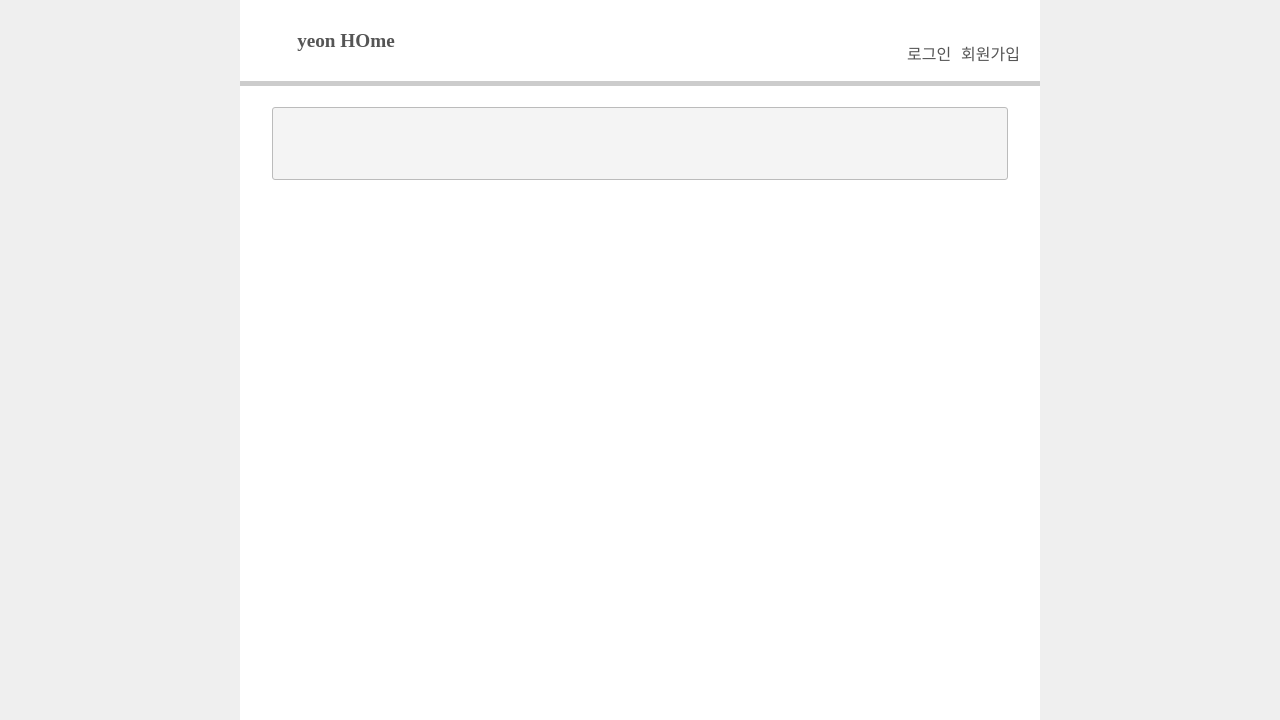
Repository: yeonhwa323/webPro
Page: webPro/src/main/webapp/javascript/days08/ex03.html
The author's editor kept a copy of each file at every save. The page is drawn from the files as they stood at one save, then again after the next save.
The browser window is 1280 px wide. The pictures show the whole page.
Some web fonts or font styles are not loaded; a fallback is used.

Above is the page before, as saved 2024-04-16 01:08:12.

### webPro/src/main/webapp/javascript/days08/ex03.html
<!DOCTYPE html>
<html>
<head>
<meta charset="UTF-8">
<meta name="viewport" content="width=device-width, initial-scale=1.0">
<title>Insert title here</title>
<link rel="shortcut icon" type="image/x-icon" href="http://localhost/webPro/images/SiSt.ico">
<script src="https://ajax.googleapis.com/ajax/libs/jquery/3.7.1/jquery.min.js"></script>
<link rel="stylesheet" href="http://localhost/webPro/resources/cdn-main/example.css">
<script src="http://localhost/webPro/resources/cdn-main/example.js"></script>
<style>
 span.material-symbols-outlined{
   vertical-align: text-bottom;
 }
</style>
</head>
<body>
<header>
  <h1 class="main"><a href="#" style="position: absolute;top:30px;">yeon HOme</a></h1>
  <ul>
    <li><a href="#">로그인</a></li>
    <li><a href="#">회원가입</a></li>
  </ul>
</header>
<div>
  <xmp class="code">

  </xmp>
</div>
</body>
</html>

### webPro/src/main/webapp/resources/cdn-main/example.css
@charset "UTF-8";

@import url('https://fonts.googleapis.com/css2?family=Material+Symbols+Outlined:opsz,wght,FILL,GRAD@20..48,100..700,0..1,-50..200');

@font-face {
    font-family: 'GmarketSansMedium';
    src: url('https://cdn.jsdelivr.net/gh/projectnoonnu/noonfonts_2001@1.1/GmarketSansMedium.woff') format('woff');
    font-weight: normal;
    font-style: normal;
}

:root {
	--text-color: #555;
	--sub-text-color: #777;
	--back-color: #EFEFEF;
	--header-color: #444;
	--primary-color: #DEDEDE;
	--secondary-color: #EFEFEF;
	--default-width: 800px;
	--narrow-width: 500px;
	--wide-width: 1200px;
	--text-font: 'GmarketSansMedium';
	--icon-font: 'Material Symbols Outlined';
	--border-color: #CCC;
}

html, body {
	margin: 0;
	padding: 0;
}

html {
	background-color: var(--back-color);
	display: flex;
	justify-content: center;
	min-height: 100vh;
}

body, body.default {
	width: var(--default-width);
	background-color: white;
	padding-bottom: 120px;
}

body.wide {
	width: var(--wide-width);
}

body.narrow {
	width: var(--narrow-width);
}



body, p, div, span, a, input, select, option, textarea, button, table, th, td, label, fieldset, legend {
	font-family: var(--text-font);
	color: var(--text-color);
}

h1, h2, h3 {
	font-family: var(--text-font);
	color: var(--header-color);
	padding: 0 1rem;
	padding-top: .5rem;
}

div > h1, div > h2, div > h3 {
	padding: 0;
}

body > div, body > main > div {
	padding: 0.3rem 1rem;
}


h1 { font-size: 2rem; border-bottom: 1px solid var(--border-color); }
h1 small { font-size: 1.2rem; color: var(--sub-text-color); }
h2 { font-size: 1.5rem; border-bottom: 1px dashed var(--border-color); }
h2 small { font-size: 1.1rem; color: --sub-text-color; }
h3 { font-size: 1.2rem; }
h3 small { font-size: 1rem; color: --sub-text-color; }



h1.main::before {
	font-family: var(--icon-font);
  	content: '\e666';
  	margin-right: 10px;
  	float: left;
	font-size: 2.5rem;
}

h1.sub::before {
	font-family: var(--icon-font);
  	content: '\ea19';
  	margin-right: 10px;
  	float: left;
	font-size: 2.5rem;
}


h1.page::before {
	font-family: var(--icon-font);
  	content: '\e0e0';
  	margin-right: 10px;
  	float: left;
	font-size: 2.5rem;
}

body > header > ul > li > .active{
	background-color: #FFF;
	color:#F00;
}

body > header {
	display: flex;
	justify-content: space-between;
	border-bottom: 5px solid var(--border-color);
	min-height: 74px;
	background-color: #FFF;
}

body > header.sticky {
	position: sticky;
	top: 0;
	z-index: 98;
}

body > header > h1 {
	font-size: 1.2rem;
	border: 0;
}

body > header.in > h1::before {
	font-family: var(--icon-font);
  	content: '\e332‥';
  	margin-right: 3px;
  	float: left;
	font-size: 2rem;
}


body > header > ul {
	list-style-type: none;
	display: flex;
	align-items: flex-end;
	margin-right: 10px;
}

body > header > ul > li {
	margin-right: 10px;
	cursor: pointer;
}

body > header > ul > li > a {
	cursor: pointer;
}


form {
	display: block;
}

form > div {
	padding: 0.3rem 1rem;
}

div > form > div {
	padding: 0.3rem 0;
}

input, textarea, button, select {
	border: 1px solid #BBB;
	border-radius: 3px;
	outline: none;
	resize: none;
	padding: 7px;
	margin: 0;
}

input[type=text]:read-only, textarea:read-only {
	cursor: not-allowed;
	background-color: #FFF;
}

input[type=text]:disabled, textarea:disabled {
	cursor: not-allowed;
	background-color: #EEE;
}

input[type=text], input[type=password], textarea, button, select {
	/* width: 300px; */
}

textarea {
	display: block;
	height: 100px;
}

input[type=button], input[type=submit], button {
	/* width: inherit; */
}

input.short, textarea.short, button.short, select.short {
	width: 100px;
}

input.long, textarea.long, button.long, select.long {
	width: 350px;
}

.narrow input.long, .narrow textarea.long, .narrow button.long, .narrow select.long {
	width: calc(100% - 20px);
}

input.full, textarea.full, button.full, select.full {
	width: calc(100% - 20px);
}

textarea.short {
	height: 50px;
}

textarea.long {
	height: 100px;
}

textarea.full {
	height: 200px;
}

input, textarea {
	padding-top: 8px;
}

input[type=button], input[type=submit], button {
	padding: 5px 10px;
	background-color: var(--secondary-color);
	cursor: pointer;
	min-height: 36px;
}

input[type=button].primary, input[type=submit].primary, button.primary {
	/* background-color: rgba(100, 149, 237, .2); */
	background-color: var(--primary-color);
}

input[type=button].primary:hover, input[type=submit].primary:hover, button.primary:hover {
	/* background-color: rgba(100, 149, 237, .3); */
	background-color: var(--secondary-color);
}

input[type=button]:hover, input[type=submit]:hover, button:hover {
	background-color: var(--primary-color);
}

button {
	position: relative;
	left: 0;
	top: 0;
	padding-left: 35px;
}

button .material-symbols-outlined {
	position: absolute;
	left: 10px;
	top: 4px;
}

/* k2nik add */
button.login::before {
	font-family: var(--icon-font);
  	content: '\ea77';
	position: absolute;
	left: 11px;
	top: 4px;
	font-size: 1.25rem;
}

/* k2nik logout */
button.logout::before {
	font-family: var(--icon-font);
  	content: '\e9ba';
	position: absolute;
	left: 11px;
	top: 4px;
	font-size: 1.25rem;
}

/* k2nik help */
button.help::before {
	font-family: var(--icon-font);
  	content: '\f1c0';
	position: absolute;
	left: 11px;
	top: 4px;
	font-size: 1.25rem;
}

button.add::before{
	font-family: var(--icon-font);
  	content: '\e746';
	position: absolute;
	left: 11px;
	top: 4px;
	font-size: 1.25rem;
}

button.back::before {
	font-family: var(--icon-font);
  	content: '\e166';
	position: absolute;
	left: 11px;
	top: 4px;
	font-size: 1.25rem;
}

button.list::before {
	font-family: var(--icon-font);
  	content: '\e0ee';
	position: absolute;
	left: 11px;
	top: 4px;
	font-size: 1.25rem;
}


button.del::before {
	font-family: var(--icon-font);
  	content: '\e872';
	position: absolute;
	left: 11px;
	top: 4px;
	font-size: 1.25rem;
}


button.edit::before {
	font-family: var(--icon-font);
  	content: '\e745';
	position: absolute;
	left: 11px;
	top: 4px;
	font-size: 1.25rem;
}


button.login::before {
	font-family: var(--icon-font);
  	content: '\ea77';
	position: absolute;
	left: 11px;
	top: 4px;
	font-size: 1.25rem;
}


button.logout::before {
	font-family: var(--icon-font);
  	content: '\e9ba';
	position: absolute;
	left: 11px;
	top: 4px;
	font-size: 1.25rem;
}


button.in::before {
	font-family: var(--icon-font);
  	content: '\f71a';
	position: absolute;
	left: 11px;
	top: 4px;
	font-size: 1.25rem;
}


button.out::before {
	font-family: var(--icon-font);
  	content: '\f70e';
	position: absolute;
	left: 11px;
	top: 4px;
	font-size: 1.25rem;
}


button.reply::before {
	font-family: var(--icon-font);
  	content: '\e15e';
	position: absolute;
	left: 11px;
	top: 4px;
	font-size: 1.25rem;
}


button.comment::before {
	font-family: var(--icon-font);
  	content: '\e0b9';
	position: absolute;
	left: 11px;
	top: 4px;
	font-size: 1.25rem;
}


button.modal::before {
	font-family: var(--icon-font);
  	content: '\e89e';
	position: absolute;
	left: 11px;
	top: 4px;
	font-size: 1.25rem;
}


button.ok::before {
	font-family: var(--icon-font);
  	content: '\e86c';
	position: absolute;
	left: 11px;
	top: 4px;
	font-size: 1.25rem;
}


button.cancel::before {
	font-family: var(--icon-font);
  	content: '\e5c9';
	position: absolute;
	left: 11px;
	top: 4px;
	font-size: 1.25rem;
}

button.search::before {
	font-family: var(--icon-font);
  	content: '\e8b6';
	position: absolute;
	left: 11px;
	top: 4px;
	font-size: 1.25rem;
}

button.home::before {
	font-family: var(--icon-font);
  	content: '\e88a';
	position: absolute;
	left: 11px;
	top: 4px;
	font-size: 1.25rem;
}


button.sidebar::before {
	font-family: var(--icon-font);
  	content: '\f7e4';
	position: absolute;
	left: 11px;
	top: 4px;
	font-size: 1.25rem;
}


button.sidebar-right::before {
	font-family: var(--icon-font);
  	content: '\f7e5';
	position: absolute;
	left: 11px;
	top: 4px;
	font-size: 1.25rem;
}




button::before {
	font-family: var(--icon-font);
  	content: '\e323';
	position: absolute;
	left: 11px;
	top: 4px;
	font-size: 1.25rem;
}


table {
	border-collapse: collapse;
	margin: 1rem;
	box-sizing: border-box;
	width: calc(100% - 32px);
}

table.content {
	width: auto;
}

div > table {
	margin: 0;
}

table th, table td {
	border: 1px solid var(--border-color);
	padding: 7px;
	font-weight: normal;
}

table th {
	background-color: var(--back-color);
}

table.vertical th {
	width: 150px;
}

table.vertical td {
	width: calc(100% - 182px);
	padding-left: 10px;
}

table.content td, table.content th {
	width: auto;
}

body.narrow table.vertical th {
	width: 100px;
}

body.narrow table.vertical td {
	width: calc(100% - 182px);
}


table + table {
	margin-top: 30px;
}


p {
	padding: 0 1rem;
}

a {
	text-decoration: none;
}

a:hover {
	color: rgba(255, 99, 71, .7);
}

hr {
	border: 0;
	border-top: 1px solid var(--border-color);
	margin: 2rem 0;
}

.message {
	border: 1px solid var(--border-color);
	background-color: #EFEFEF;
	margin: 1rem;
	width: auto;
	padding-top: 10px;
	padding-bottom: 10px;
	font-size: 14px;
}

.message[title]::before {
	content: attr(title);
	display: block;
	border-bottom: 1px solid var(--border-color);
	padding-bottom: 5px;
	margin-bottom: 10px;
	margin-top: 7px;
}

.message.short {
	max-width: 250px;
}

.message.long {
	max-width: 500px;
}

.badge {
	float: right;
	font-size: .8rem;
	margin-top: 2px;
	margin-right: 2px;
	text-shadow: 0 0 7px gray;
}

.badge.left {
	float: none;
	margin-left: 2px;
}

.badge.right {
	float: right;
}

.badge.red {
	border-radius: 50%;
	padding: 2px 5px;
	background-color: rgb(255, 99, 71, .3);
}

.badge.yellow {

	border-radius: 50%;
	padding: 2px 5px;
	background-color: rgb(255, 215, 0, .5);
}

.badge.blue {
	border-radius: 50%;
	padding: 2px 5px;
	background-color: rgb(100, 149, 237, .3);
}

label + label {
	margin-left: 7px;
}

label input[type=checkbox], label input[type=radio] {
	transform: translate(0, 1px);
}

.group {
	display: flex;
}

.modal-content .group {
	margin-bottom: .5rem;
}

.group label {
	border: 1px solid #BBB;
	border-radius: 3px;
	outline: none;
	resize: none;
	padding: 7px 14px;
	margin: 0;
	border-top-right-radius: 0;
	border-bottom-right-radius: 0;
	background-color: #EFEFEF;
	white-space: nowrap;
	font-size: 14px;
}

.group input[type=text] {
	margin-left: -1px;
	border-top-left-radius: 0;
	border-bottom-left-radius: 0;
}

.group select {
	margin-left: -1px;
	border-top-left-radius: 0;
	border-bottom-left-radius: 0;
}

.group input.full[type=text] {
	margin-left: -1px;
	border-top-left-radius: 0;
	border-bottom-left-radius: 0;
	width: 100%;
}

.group input[type=button]:first-child, .group button:first-child {
	border-top-left-radius: 3px;
	border-bottom-left-radius: 3px;
	margin-left: 0px;
}

.group input[type=button], .group button {
	border-radius: 0;
	margin-left: -1px;
}

.group input[type=button]:last-child, .group button:last-child {
	margin-left: -1px;
	border-top-right-radius: 3px;
	border-bottom-right-radius: 3px;
}

.seperate {
	display: flex;
	justify-content: space-between;
}

div.list {
	width: max-content;
	margin: 1rem;
	border: 1px solid #BBB;
	border-radius: 3px;
	padding: 0;
}

div.list.full {
	width: auto;
	display: block;
	margin: 1rem;
	border: 1px solid #BBB;
	border-radius: 3px;
	padding: 0;
}

div.list > div {
	padding: .5rem 1rem;
	margin: 0;
	border-bottom: 1px solid #BBB;
}

div.list > div:last-child {
	border-bottom: 0;
}

pre.code , xmp.code{
	font-family: consols;
	background-color: rgba(150, 150, 150, .1);
	border: 1px solid #BBB;
	border-radius: 3px;
	padding: .5rem 1rem;
	padding-bottom: .6rem;
	margin: 1rem;
}




*[data-modal-window] {
	position: fixed;
	background-color: rgba(0, 0, 0, .3);
	left: 0;
	top: 0;
	display: none;
	justify-content: center;
	align-items: flex-start;
	width: 100%;
	min-height: 100vh;
	z-index: 100;
	opacity: 0;
	transition: 500ms all;
}

*[data-modal-window] .modal-container {
	border-radius: 5px;
	padding: 1rem;
	padding-bottom: .5rem;
	margin-top: -500px;
	opacity: 0;
	width: 500px;
	background-color: #FFF;
	margin-right: 2rem;
	transition: 500ms all;
}

*[data-modal-size=content] .modal-container {
	width: auto;
}

*[data-modal-size=narrow] .modal-container {
	width: 300px;
}

*[data-modal-size=wide] .modal-container {
	width: 760px;
}


*[data-modal-window] .modal-header {
	border-bottom: 1px solid var(--border-color);
	padding: 2px 5px;
}

*[data-modal-window] .modal-content {
	padding: 1rem 5px;
}

*[data-modal-window] .modal-content div:last-child {
	margin-top: 1rem;
	text-align: right;
}



*[data-sidebar-window] {
	position: fixed;
	background-color: #FFF;
	left: 0;
	top: 0;
	display: block;
	width: 300px;
	border-right: 1px solid var(--border-color);
	box-sizing: border-box;
	box-shadow: 0 0 3px var(--back-color);
	min-height: 100vh;
	z-index: 99;
	transform: translate(-300px, 0);
	transition-duration: 500ms;
	transition-property: transform;
}

*[data-sidebar-direction=right] {
	left: auto;
	right: 0;
	transform: translate(300px, 0);
	border-left: 1px solid var(--border-color);
}

*[data-sidebar-size=wide] {
	width: 500px;
	transform: translate(-500px, 0);
}

*[data-sidebar-window] .sidebar-title {
	border-bottom: 1px solid var(--border-color);
	margin-top: 20px;
	margin-bottom: 20px;
	padding-bottom: 5px;
	display: flex;
	justify-content: space-between;
}

*[data-sidebar-window] .sidebar-title span:last-child {
	cursor: pointer;
}


/* K2Nik pagination */
.center {
  text-align: center;
}

.pagination {
  display: inline-block;
}

.pagination a {
  color: black;
  float: left;
  padding: 3px 6px;
  text-decoration: none;
  transition: background-color .3s;
  border: 1px solid #ddd;
  margin: 0 3px;
}

.pagination a.active {
  background-color: #4CAF50;
  color: white;
  border: 1px solid #4CAF50;
}

.pagination a:hover:not(.active) {background-color: #ddd;}

### webPro/src/main/webapp/resources/cdn-main/example.js

window.onload = () => {

    const list = document.querySelectorAll('input, textarea');

    list.forEach(item => {
        item.setAttribute('autocomplete', 'off');
    });


    const modal_btn_list = document.querySelectorAll('*[data-modal-button]');

    modal_btn_list.forEach(item => {
        item.onclick = function() {

            const name = this.dataset['modalButton'];
            const modal_window = document.querySelector('*[data-modal-window=' + name);

            const container = document.createElement('div');
            container.className = 'modal-container';



            const modal_header = document.createElement('div');
            modal_header.textContent = modal_window.dataset['modalTitle'];
            modal_header.className = 'modal-header';
            container.appendChild(modal_header);

            const modal_content = document.createElement('div');
            modal_content.className = 'modal-content';
            container.appendChild(modal_content);

            Array.from(modal_window.childNodes).forEach(item => {
                modal_content.appendChild(item);
            });

            modal_window.appendChild(container);

            modal_window.style.display = 'flex';

            setTimeout(() => {
                modal_window.style.opacity = 1;
                container.style.marginTop = '20px';
                container.style.opacity = 1;
            }, 50);


            const modal_ok = document.querySelector('*[data-modal-ok=' + name);
            modal_ok.addEventListener('click', function() {
                modal_window.style.opacity = 0;
                container.style.marginTop = '-500px';
                container.style.opacity = 0;

                setTimeout(() => {
                    modal_window.innerHTML = modal_content.innerHTML;
                    modal_window.style.display = 'none';
                }, 500);

            });

            const modal_cancel = document.querySelector('*[data-modal-cancel=' + name);
            modal_cancel.addEventListener('click', function() {

                modal_window.style.opacity = 0;
                container.style.marginTop = '-500px';
                container.style.opacity = 0;

                setTimeout(() => {
                    modal_window.innerHTML = modal_content.innerHTML;
                    modal_window.style.display = 'none';
                }, 500);
            });


        };
    });


    const sidebar_btn_list = document.querySelectorAll('*[data-sidebar-button]');

    sidebar_btn_list.forEach(item => {
        item.onclick = function() {



            const name = this.dataset['sidebarButton'];
            const sidebar_window = document.querySelector('*[data-sidebar-window=' + name);

            if (sidebar_window.style.transform == 'translate(0px, 0px)') return;



            sidebar_window.style.transform = 'translate(0, 0)';

            const sidebar_title = document.createElement('div');
            sidebar_title.className = 'sidebar-title';
            sidebar_title.innerHTML = '<span>' + sidebar_window.dataset['sidebarTitle'] + '</span><span class="material-symbols-outlined">close</span>';

            sidebar_title.children[1].onclick = function() {

                let sign = 1;
                let distance = 300;

                if (sidebar_window.dataset['sidebarDirection'] != 'right') {
                    sign = -1;
                } else {
                    sign = 1;
                }

                if (sidebar_window.dataset['sidebarSize'] != 'wide') {
                    distance = 300;
                } else {
                    distance = 500;
                }

                distance *= sign;

                sidebar_window.style.transform = 'translate(' + distance + 'px, 0)';

                setTimeout(function() {
                    sidebar_window.removeChild(sidebar_window.children[0]);
                }, 500);
            };


            sidebar_window.prepend(sidebar_title);

        }
    });

};

// window.onkeydown = function(event) {

//     if (event.keyCode == 27) {
//         if (document.querySelector('[data-modal-window').style.display == 'flex') {
//             document.querySelector('[data-modal-window').style.display = 'none';
//         }
//     }

// };

After the next save:
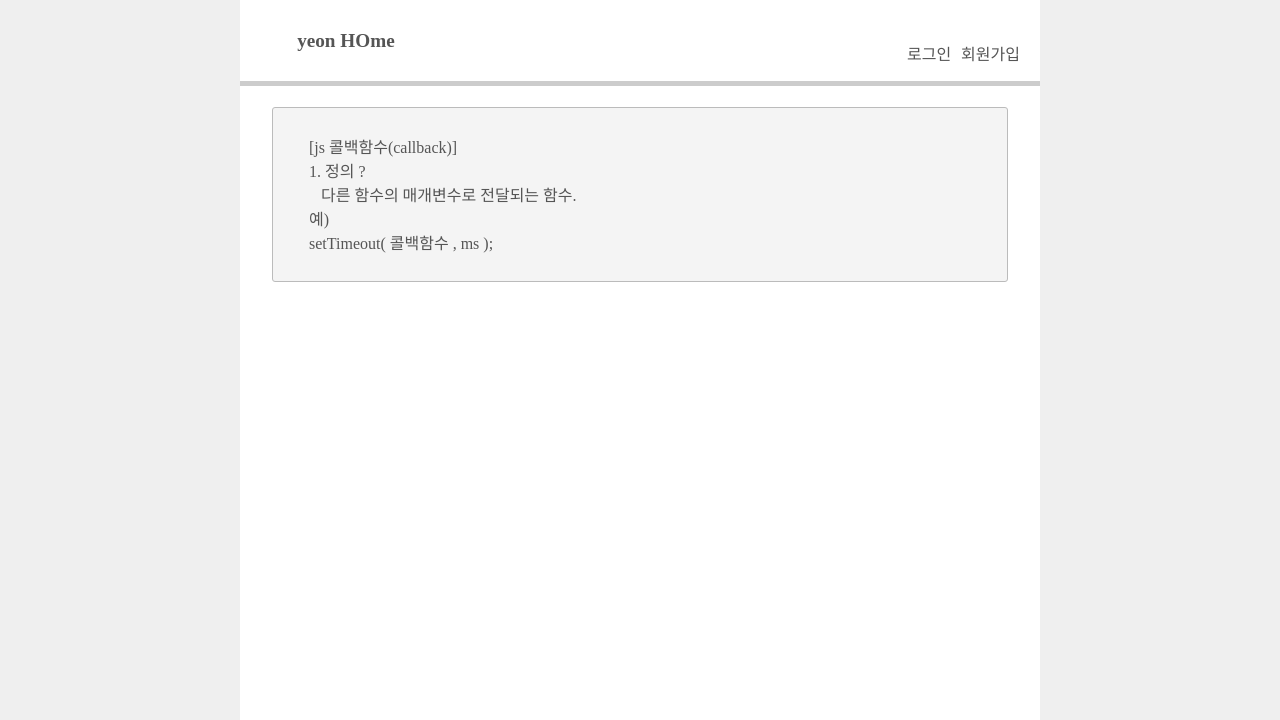
Saved 90 s later.
--- a/webPro/src/main/webapp/javascript/days08/ex03.html
+++ b/webPro/src/main/webapp/javascript/days08/ex03.html
@@ -24,7 +24,11 @@
 </header>
 <div>
   <xmp class="code">
-
+     [js 콜백함수(callback)]
+     1. 정의 ?
+     	다른 함수의 매개변수로 전달되는 함수.
+     예)
+     setTimeout( 콜백함수 , ms );
   </xmp>
 </div>
 </body>
